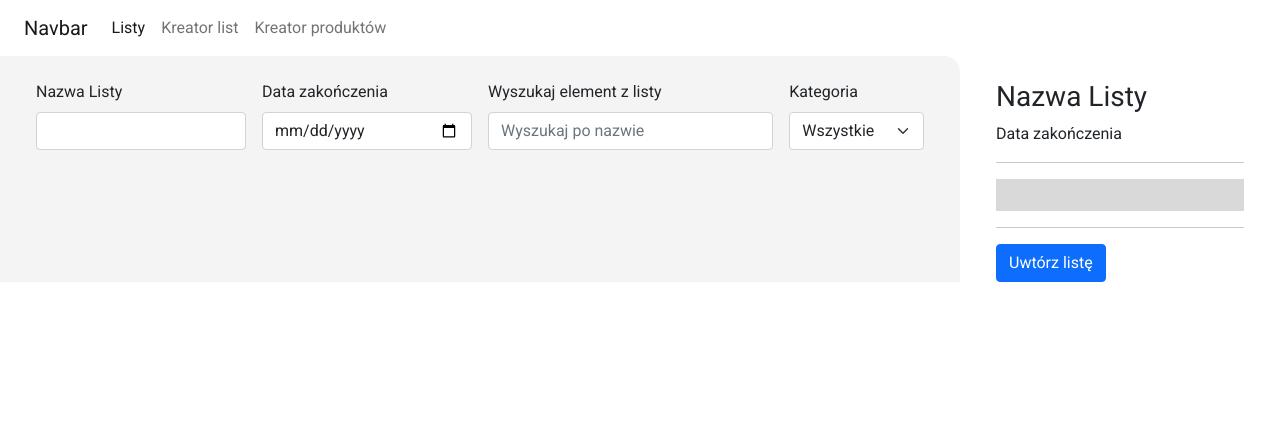
Repository: alphatra/Task-menager
Page: http://localhost/php/src/views/createList.php
These files come from the project's save history. The page is drawn as it stood at one moment and after the next save; the edit follows.
The browser window is 1280 px wide. The pictures show the whole page.
The page is run by PHP 8.4 with error messages shown; the project is at /var/www/html/. Queries for data that is not in the repository find no rows.

Above is the page before, as saved 2023-02-09 19:46:54.

### php/src/views/createList.php
<!DOCTYPE html>
<html lang="en">
<head>
    <meta charset="UTF-8">
    <meta http-equiv="X-UA-Compatible" content="IE=edge">
    <meta name="viewport" content="width=device-width, initial-scale=1.0">
    <title>Document</title>
    <script src="https://ajax.googleapis.com/ajax/libs/jquery/3.6.1/jquery.min.js"></script>
    <link href="https://cdn.jsdelivr.net/npm/bootstrap@5.0.2/dist/css/bootstrap.min.css" rel="stylesheet" integrity="sha384-EVSTQN3/azprG1Anm3QDgpJLIm9Nao0Yz1ztcQTwFspd3yD65VohhpuuCOmLASjC" crossorigin="anonymous">
    <script src="https://cdn.jsdelivr.net/npm/@popperjs/core@2.9.2/dist/umd/popper.min.js" integrity="sha384-IQsoLXl5PILFhosVNubq5LC7Qb9DXgDA9i+tQ8Zj3iwWAwPtgFTxbJ8NT4GN1R8p" crossorigin="anonymous"></script>
    <script src="https://cdn.jsdelivr.net/npm/bootstrap@5.0.2/dist/js/bootstrap.min.js" integrity="sha384-cVKIPhGWiC2Al4u+LWgxfKTRIcfu0JTxR+EQDz/bgldoEyl4H0zUF0QKbrJ0EcQF" crossorigin="anonymous"></script>
    <script>
        $(document).ready(function() {
            let _dataItems = [];
            let private_item = $(`<div class="col-xl-3 col-lg-4 col-md-6 col-12 mb-4">
                        <div class="card">
                            <div class="card-body">
                                <span class="badge bg-success">Test</span>
                                <h3 class="card-title"><input type="date" class="form-control" id="endDate" placeholder="Podaj nazwe"></h3>
                                <h6 class="card-subtitle mb-2 text-muted">asdsad</h6>
                                <p class="card-text">asdasd</p>
                                <input class="btn btn-primary" id="add_tolist" type="button" value="Dodaj">
                            </div>
                        </div>
                    </div>`);
    let loadData = (param,_category) => {
        $.ajax({
            url: '../controller.php',
            dataType: 'json',
            method: 'POST',
            data:{tablename:"products", search: param, category:_category},
            beforeSend: function() {
                $("#loading-image").show();
             },
            success: function(data) {
                console.log(data);
                let content = $('#objects').empty()
                content.append()
                let dataItems = JSON.parse(JSON.stringify(data))
                _dataItems = data
                dataItems = dataItems.map((item) => {
                    return $(`
                    <div class="col-xl-3 col-lg-4 col-md-6 col-12 mb-4">
                        <div class="card">
                            <div class="card-body">
                                <span class="badge bg-success">${item.product_name}</span>
                                <h3 class="card-title">${item.product_name}</h3>
                                <h6 class="card-subtitle mb-2 text-muted">${item.category_id}</h6>
                                <p class="card-text">${item.product_description}</p>
                                <input class="btn btn-primary" id="add_tolist" type="button" value="Dodaj" name="${item.id_product}">
                            </div>
                        </div>
                    </div>
                    `)
                })
                content.append(dataItems)

            },
            error: function (jqXHR, exception){
                console.log(jqXHR, exception);

            }
        })

    }
    let createList_Ajax = (param) =>{
        $.ajax({
            url: '../controller_1.php',
            method: 'POST',
            data:{data: param},
            cache: false,
            success: function(data) {
                console.log(data);
            },
            error: function (xhr, status, error){
                console.log(status);

            }
        })
    }
    let createListItems_Ajax = (param) =>{
        $.ajax({
            url: '../controller_1.php',
            method: 'POST',
            data:{data: param},
            cache: false,
            success: function(data) {
                console.log(data);
            },
            error: function (xhr, status, error){
                console.log(status);

            }
        })
    }

    loadData()

    $("#searchItem, select").on("keyup change", function() {
        let inputVal = $("#searchItem").val();
        let selectVal = $("select").val();
        if (inputVal.length > 0 || selectVal > 0) {
            inputVal = inputVal.length == 0 ? '' : inputVal;
            selectVal = selectVal == 0 ? '' : selectVal;
            loadData(inputVal, selectVal);
        } else {
            loadData();
        }
    });


    let products = {product_id:[],product_title:[],qty:[]};
    let list = {
            list_name: '',
            end_date: '',
            products: [products]
        };

    let add_products = (id, title, quantity) => {
        if (!checkIfExists(id)) {
            products.product_id.push(id);
            products.product_title.push(title);
            products.qty.push(quantity);
        }
    }

    let checkIfExists = (id) => {
        for (let i = 0; i < products.product_id.length; i++) {
            if (products.product_id[i] === id) {
                return true;
            }
        }
        return false;
    }

    let searchedProduct = (_id) =>{
        let found =  _dataItems.find(e => e.id_product == _id)
        return found.product_name
    }

    let generateContent = (_item,_qty) => {
        let content = $('#list_elements')
        content.empty()
        console.log(_qty);
        let listItems = _item.map((item) => { return $(`<h5>${searchedProduct(+item)}</h5><input type="number" id="qty" value="1">`)})
        content.append(listItems)
    }

    let crateList = () => {
        if(list.list_name != '' || list.end_date != '' || products.product_id.length != 0){
            console.log(list);
            createList_Ajax(list)
        }
    }
    $(document).on("click", "#add_tolist", function() {
        //console.log(list);
        //console.log(+this.name);
        //console.log(searchedProduct(+this.name));
        var myModal = new bootstrap.Modal(document.getElementById("exampleModal"))
        if(list.list_name == '' || list.end_date == ''){
            myModal.show()
            $(document).on("click", ".btn-secondary", function() {
                myModal.hide()
            })
            if (list.list_name == '') {
                $("#listName").addClass("is-invalid")
            }else{
                $("#listName").removeClass("is-invalid")
            }
            if (list.end_date == '') {
                $("#endDate").addClass("is-invalid")
            }else{
                $("#endDate").removeClass("is-invalid")
            }
            //console.log("Nie",list)
        }else{
            add_products(this.name, searchedProduct(+this.name), 1);
            generateContent(list.products['product_id'],list.products['qty'])
            $("#listName, #endDate").removeClass("is-invalid")
            //console.log("Tak",list);
        }
    });
    $(document).on("click", "#crateList_button", function() {
        console.log(crateList());
    });
    $("#listName, #endDate").on("keyup change",function(){
        list = {
            list_name: $("#listName").val(),
            end_date: $("#endDate").val(),
            products: products
        }
        $("#list_name").text($("#listName").val());
        $("#end_date").text($("#endDate").val());
    });
})

    </script>
    <link rel="stylesheet" href="../assets/style.css">
</head>
<body>
    <!-- Modal -->
    <div class="modal fade" id="exampleModal" tabindex="-1" role="dialog" aria-labelledby="exampleModalLabel" aria-hidden="true">
        <div class="modal-dialog">
            <div class="modal-content">
                <div class="modal-header">
                    <h5 class="modal-title" id="exampleModalLabel">Uwaga!</h5>
                    <button type="button" class="btn-close" data-dismiss="modal" aria-label="Zamknij"></button>
                </div>
                <div class="modal-body">
                    Nie wypełniłeś wszystkich pól!
                </div>
                <div class="modal-footer">
                    <button type="button" class="btn btn-secondary" data-dismiss="modal">Zamknij</button>
                </div>
            </div>
        </div>
    </div>

    <div class="container-fluid">
        <nav class="navbar navbar-expand-lg navbar-light ">
            <div class="container-fluid">
                <a class="navbar-brand" href="#">Navbar</a>
                <button class="navbar-toggler" type="button" data-bs-toggle="collapse" data-bs-target="#navbarNav" aria-controls="navbarNav" aria-expanded="false" aria-label="Toggle navigation">
                    <span class="navbar-toggler-icon"></span>
                </button>
                <div class="collapse navbar-collapse" id="navbarNav">
                    <ul class="navbar-nav">
                        <li class="nav-item">
                            <a class="nav-link active" href="/">Listy</a>
                        </li>
                        <li class="nav-item">
                            <a class="nav-link" aria-current="page" href="views/createList.php">Kreator list</a>
                        </li>
                        <li class="nav-item">
                            <a class="nav-link" href="views/createProduct.php">Kreator produktów</a>
                        </li>
                    </ul>
                </div>
            </div>
        </nav>
        <div class="row">
            <div class="col-lg-9" style="background-color: #F4F4F4; border-top-right-radius: 1rem">
                <div class="container py-4 px-4">
                <form class="row g-3 needs-validation" novalidate>
                    <div id="listName_" class="col-md-3">
                        <label for="listName" class="form-label">Nazwa Listy</label>
                        <input type="text" class="form-control" id="listName" required>
                        <div class="invalid-feedback">
                            Podaj nazwę listy!
                        </div>
                    </div>
                    <div id="endDate_" class="col-md-3">
                        <label for="endDate" class="form-label">Data zakończenia</label>
                        <input type="date" class="form-control" id="endDate" required>
                        <div class="invalid-feedback">
                            Podaj nazwę listy!
                        </div>
                    </div>
                    <div id="searchItem_" class="col-md-4">
                        <label for="searchItem" class="form-label">Wyszukaj element z listy</label>
                        <input type="search" class="form-control" id="searchItem" aria-label="Search" placeholder="Wyszukaj po nazwie">
                    </div>
                    <div class="col-md-2">
                        <label for="inputState" class="form-label">Kategoria</label>
                        <select id="inputState" class="form-select">
                            <option selected value="0">Wszystkie</option>
                            <option value="1">Elektronika</option>
                            <option value="2">Meble</option>
                            <option value="3">Kosmetyki</option>
                            <option value="4">Jedzenie</option>
                            <option value="5">Ubrania</option>
                            <option value="6">Zabawki</option>
                            <option value="7">Sport</option>
                            <option value="8">Ksiązki</option>
                            <option value="9">Narzędzia</option>
                            <option value="10">RTV</option>
                        </select>
                    </div>
                </form>
                <div id="objects" class="row m-0 my-5"></div>
                </div>
            </div>
            <div class="col-lg-3">
                <div class="container pt-4">
                <h3 id="list_name">Nazwa Listy</h3>
                <span id="end_date">Data zakończenia</span>
                <hr class="hr1" />
                <div id="list_elements" class="px-3 py-3" style="background-color:#D9D9D9"></div>
                <hr class="hr1" />
                <button type="submit" id="crateList_button" class="btn btn-primary">Uwtórz listę</button>
                </div>
            </div>
        </div>
    </div>
</body>
</html>

### php/src/controller.php
<?php
session_start();
require_once('./model/CRUD.php');


$db = new db();
$_tablename = $_POST['tablename'];
if(isset($_POST['search'])){
    $search = $_POST['search'];
    $result = $db->searchData($_tablename,$search,'');
    if(isset($_POST['category'])){
        $_category = $_POST['category'];
        $result = $db->searchData($_tablename,$search,$_category);
    }
    echo $result;
}else{
    echo $db->getData($_tablename);
}
?>

### php/src/model/CRUD.php
<?php
class db{
    private $conn;
    public $servername;
    public $username;
    public $password;
    public $database;
    public $tablename;

    public function __construct($host="db", $database="mydb",
                                $username="root", $password="root"){
        $this->host = $host;
        $this->database = $database;
        $this->username = $username;
        $this->password = $password;

        try {
            // Tworzenie połączenia
            $this->conn = new mysqli($host, $username, $password, $database);
        } catch (Exception $e) {
            // Sprawdzanie połączenia
            die("Connection failed: " . mysqli_connect_error());

        }

        return $this->conn;
    }

    // Wyświetlanie list z bazy danych
    public function getData($tablename){
        $this->tablename = $tablename;
        $query = "SELECT * FROM $this->tablename";
        $result = mysqli_query($this->conn, $query);
        $result = mysqli_fetch_all($result, MYSQLI_ASSOC);

        return json_encode($result);
    }

    // Wyświetlanie list z bazy danych wraz z wyszukiwaniem
    public function searchData($tablename, $search, $category){
        $this->tablename = $tablename;
        $this->search = $search;
        $this->category = $category;
        if($tablename == 'products'){
            $query = "SELECT * FROM $this->tablename WHERE product_name LIKE '$this->search%'";
            if($category != ''){
                $query .= " AND category_id = $this->category";
            }
        }else{
            $query = "SELECT * FROM $this->tablename WHERE name LIKE '$this->search%'";
            if($category != ''){
                $query .= " AND category_id = $this->category";
            }
        }
        $result = mysqli_query($this->conn, $query);
        $result = mysqli_fetch_all($result, MYSQLI_ASSOC);

        return json_encode($result);
    }
    /*
    public function searchData($tablename="", $search=""){
        $this->tablename = "list";
        $this->search = "{$search}%";
        $query = "SELECT * FROM $this->tablename WHERE name LIKE ?";
        $stmt = $this->conn->prepare($query);
        $stmt->bind_param("s",$search);
        $stmt->execute();
        $result = $stmt->get_result();

        return json_encode($result->fetch_all(MYSQLI_ASSOC));
    }
    */

    // Dodawanie produktów do bazy danych
    public function createProduct($Param){
        $product_name = $Param[0];
        $product_description = $Param[1];
        $product_image = $Param[2];
        $category_id = $Param[3];
        $query = "INSERT INTO products (product_name, product_description, product_image, category_id)
                    VALUES ('{$product_name}', '{$product_description}', '{$product_image}', '{$category_id}')";

        mysqli_query($this->conn, $query);
    }

    public function fetchData($Data){
        $this->Data = $Data;
        $decoded_json = json_decode($Data, true);
        $product_name = $decoded_json['product_name'];
        $product_description = $decoded_json['product_description'];
        $product_image = $decoded_json['product_image'];
        $category_id = $decoded_json['category_id'];
        return [$product_name, $product_description, $product_image, $category_id];
    }

    public function getMaxId($tablename){
        $this->tablename = $tablename;
        $query = "SELECT MAX( id ) AS `Max_Id` FROM $this->tablename";
        $result = mysqli_query($this->conn, $query);
        $result = mysqli_fetch_all($result, MYSQLI_ASSOC);
        $result = $result[0]['Max_Id'];

        return $result + 1;
    }

    public function getIdList($list_name){
        $this->list_name = $list_name;
        $query = "SELECT id FROM list WHERE name = '$this->list_name'";
        $result = mysqli_query($this->conn, $query);
        $result = mysqli_fetch_all($result, MYSQLI_ASSOC);
        $result = $result[0]['id'];

        return $result;
    }

    public function createList($list_name, $end_date){
        $id = $this->getMaxId('list');
        $this->list_name = $list_name;
        $created_date = date("Y-m-d h:i:s");
        $this->end_date = $end_date;
        $query = "INSERT INTO list (id, name, created_date, end_date) VALUES ('{$id}','{$list_name}','{$created_date}','{$end_date}')";
        mysqli_query($this->conn, $query);
        return $query;
    }

    public function createListItems($qty,$list_name,$id_product){
        $id = $this->getMaxId('list_items');
        $this->qty = $qty;
        $this->list_name = $list_name;
        $list_name = $this->getIdList($list_name);
        $this->id_product = $id_product;

        $query = "INSERT INTO list_items (id, quantity, list_id, id_product) VALUES ('{$id}', '{$this->qty}', '{$list_name}', '{$this->id_product}')";
        mysqli_query($this->conn, $query);
        return $query;
    }
}
?>

### php/src/assets/style.css
@import url('https://fonts.googleapis.com/css2?family=Roboto:ital,wght@0,300;0,400;1,500&display=swap');

body {
    font-family: 'Roboto', sans-serif;
    font-size: 16px;
    line-height: 1.5;
    background-color: white;
    margin: 0;
    padding: 0;
}
.black-border {
    border: 1px solid black;
    padding: 1rem;
}
hr {
    margin: 1rem 0;
    color: inherit;
    background-color: currentColor;
    border: 0;
    opacity: 0.25;
  }

After the next save:
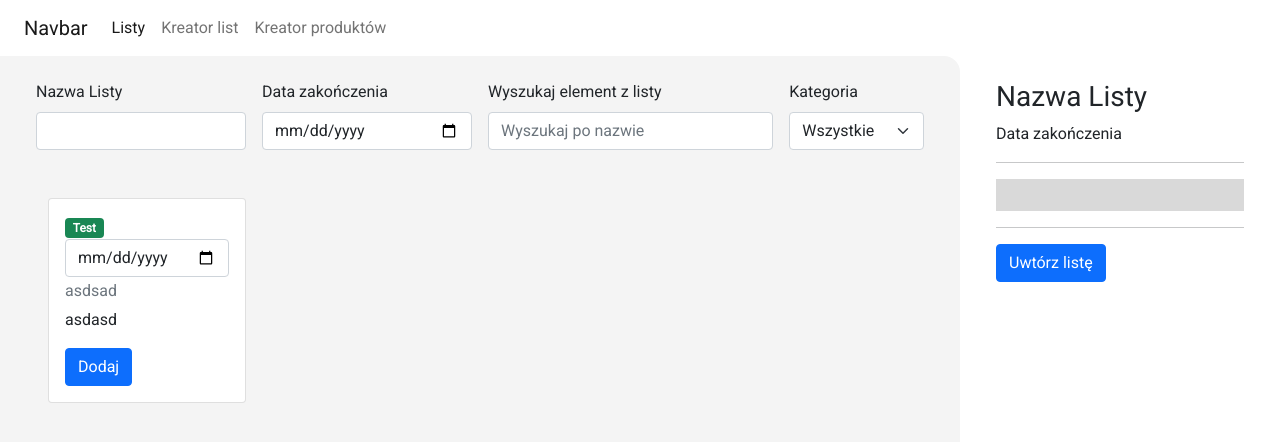
Saved 22 s later.
--- a/php/src/views/createList.php
+++ b/php/src/views/createList.php
@@ -35,7 +35,7 @@
             success: function(data) {
                 console.log(data);
                 let content = $('#objects').empty()
-                content.append()
+                content.append(private_item)
                 let dataItems = JSON.parse(JSON.stringify(data))
                 _dataItems = data
                 dataItems = dataItems.map((item) => {

After the 4 saves that followed:
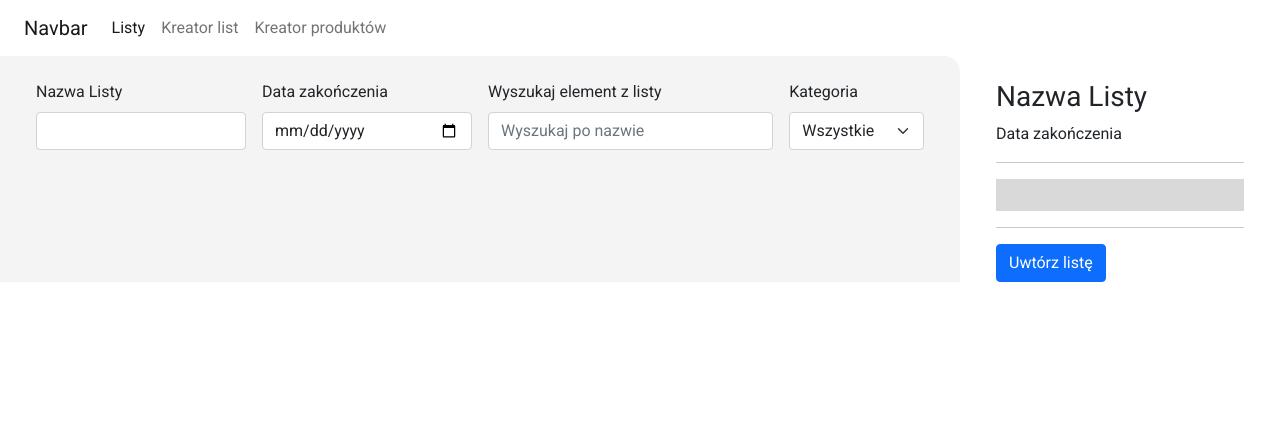
Console error: SyntaxError: missing ) after argument list
The 4 saves are shown as one change because 3 left the picture as it was.
The last was saved 6 min 21 s later.
--- a/php/src/views/createList.php
+++ b/php/src/views/createList.php
@@ -10,6 +10,19 @@
     <script src="https://cdn.jsdelivr.net/npm/@popperjs/core@2.9.2/dist/umd/popper.min.js" integrity="sha384-IQsoLXl5PILFhosVNubq5LC7Qb9DXgDA9i+tQ8Zj3iwWAwPtgFTxbJ8NT4GN1R8p" crossorigin="anonymous"></script>
     <script src="https://cdn.jsdelivr.net/npm/bootstrap@5.0.2/dist/js/bootstrap.min.js" integrity="sha384-cVKIPhGWiC2Al4u+LWgxfKTRIcfu0JTxR+EQDz/bgldoEyl4H0zUF0QKbrJ0EcQF" crossorigin="anonymous"></script>
     <script>
+        const catergories = {
+            1: 'Elektronika',
+            2: 'Meble',
+            3: 'Kosmetyki',
+            4: 'Jedzenie',
+            5: 'Ubrania',
+            6: 'Zabawki',
+            7: 'Sport',
+            8: 'Książki',
+            9: 'Narzędzia',
+            10: 'RTV'
+        }
+        console.log(catergories.1);
         $(document).ready(function() {
             let _dataItems = [];
             let private_item = $(`<div class="col-xl-3 col-lg-4 col-md-6 col-12 mb-4">
@@ -43,7 +56,7 @@
                     <div class="col-xl-3 col-lg-4 col-md-6 col-12 mb-4">
                         <div class="card">
                             <div class="card-body">
-                                <span class="badge bg-success">${item.product_name}</span>
+                                <span class="badge bg-success">${item.category_id}</span>
                                 <h3 class="card-title">${item.product_name}</h3>
                                 <h6 class="card-subtitle mb-2 text-muted">${item.category_id}</h6>
                                 <p class="card-text">${item.product_description}</p>
